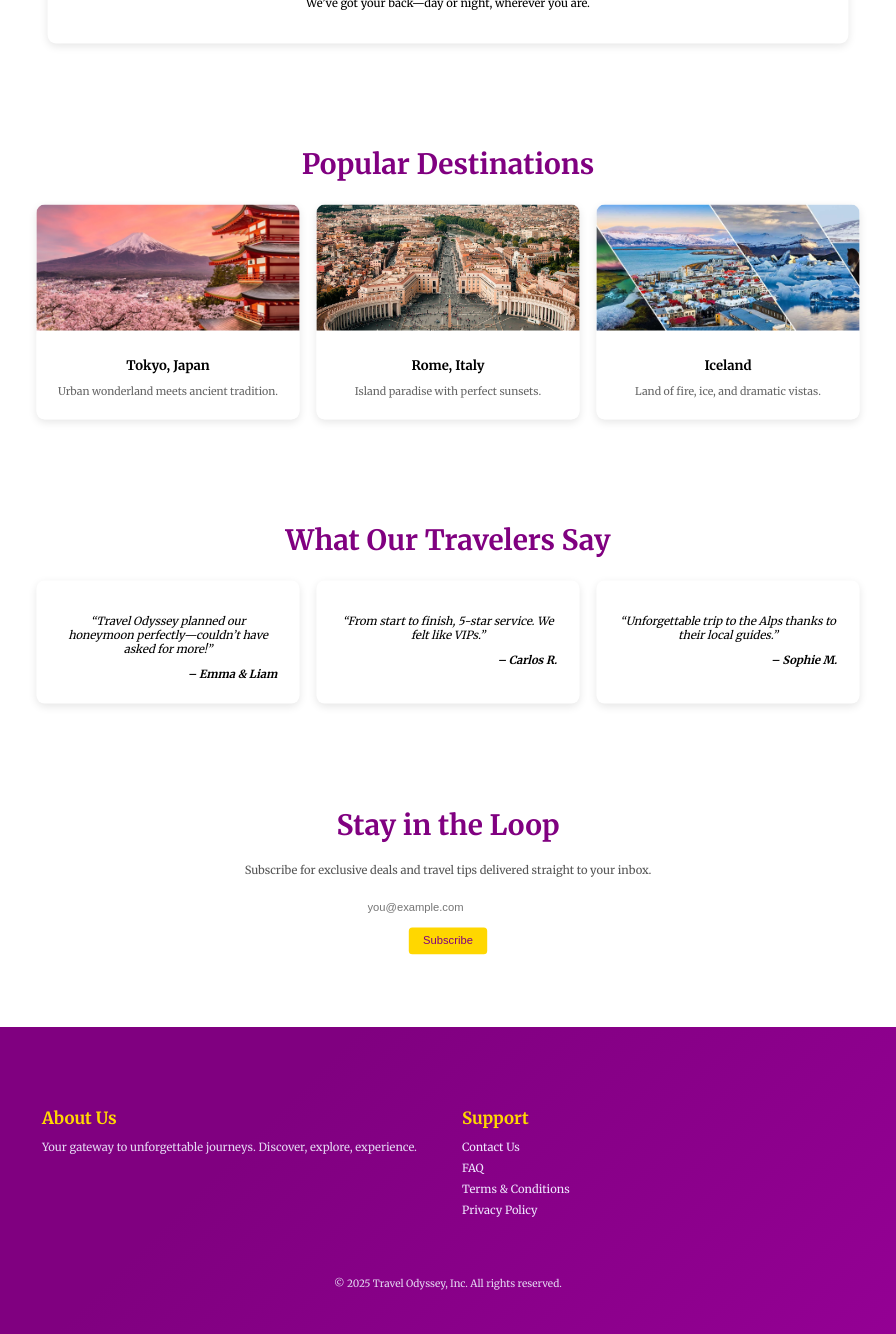
Repository: GHzPhoenix/Project-Odyssey
Page: Frontend/index.html
The author's editor kept a copy of each file at every save. The page is drawn from the files as they stood at one save, then again after the next save.
The browser window is 1280 px wide. The pictures show the part of the page from y = 1393 to 3313 px (the page is 3299 px tall before and 3313 px after), at 70% of full size.

Above is the page before, as saved 2025-06-09 01:58:44.

After the next save:
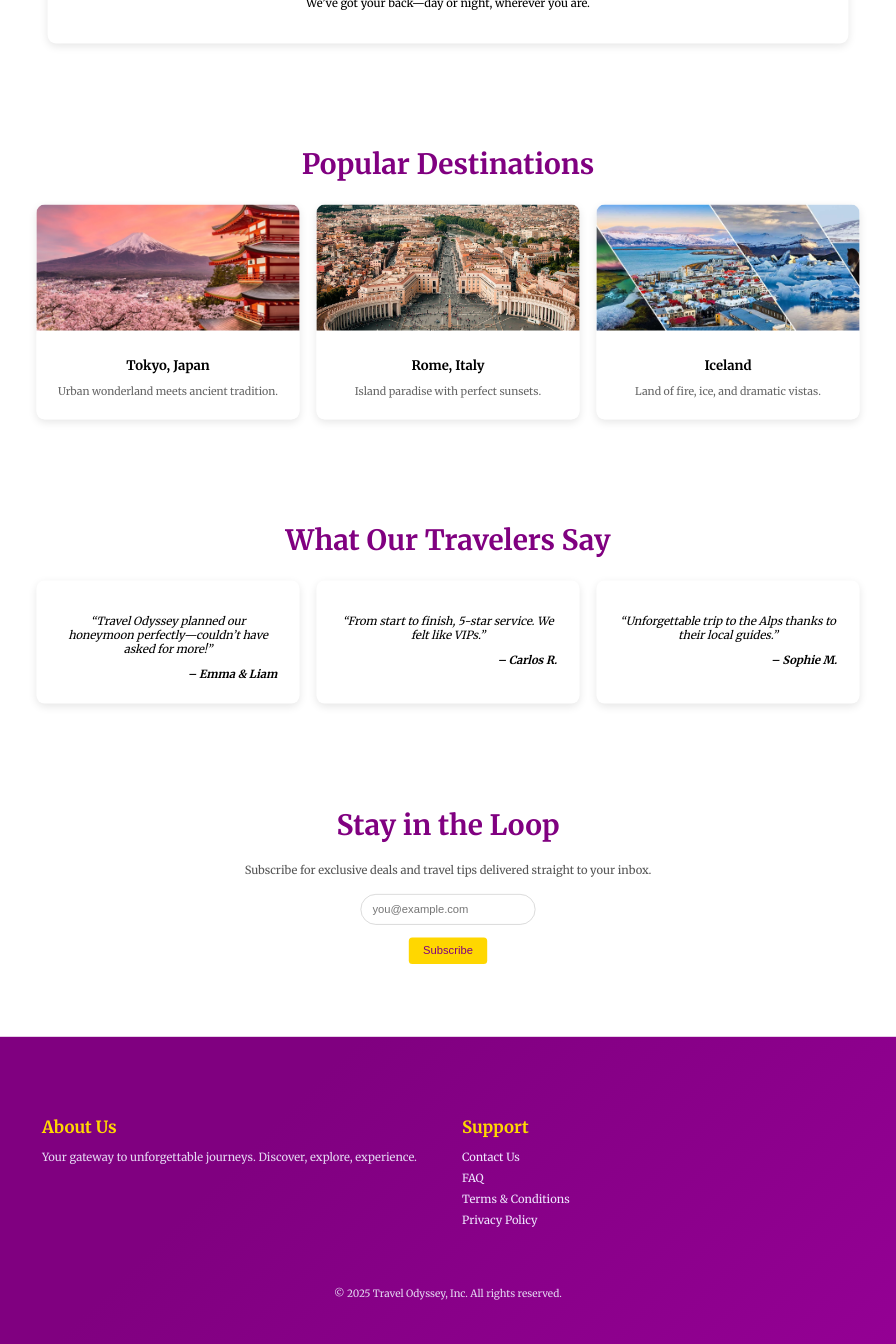
Saved 16 s later.
--- a/Frontend/css/style.css
+++ b/Frontend/css/style.css
@@ -1230,3 +1230,16 @@ nav ul li:hover .dropdown {
   margin-bottom: 1rem;
   color: #555;
 }
+#newsletter-form {
+  display: flex;
+  justify-content: center;
+  gap: 0.5rem;
+  flex-wrap: wrap;
+}
+#newsletter-form input {
+  padding: 0.75rem 1rem;
+  border: 1px solid #ccc;
+  border-radius: 30px;
+  width: 250px;
+  max-width: 80%;
+}
